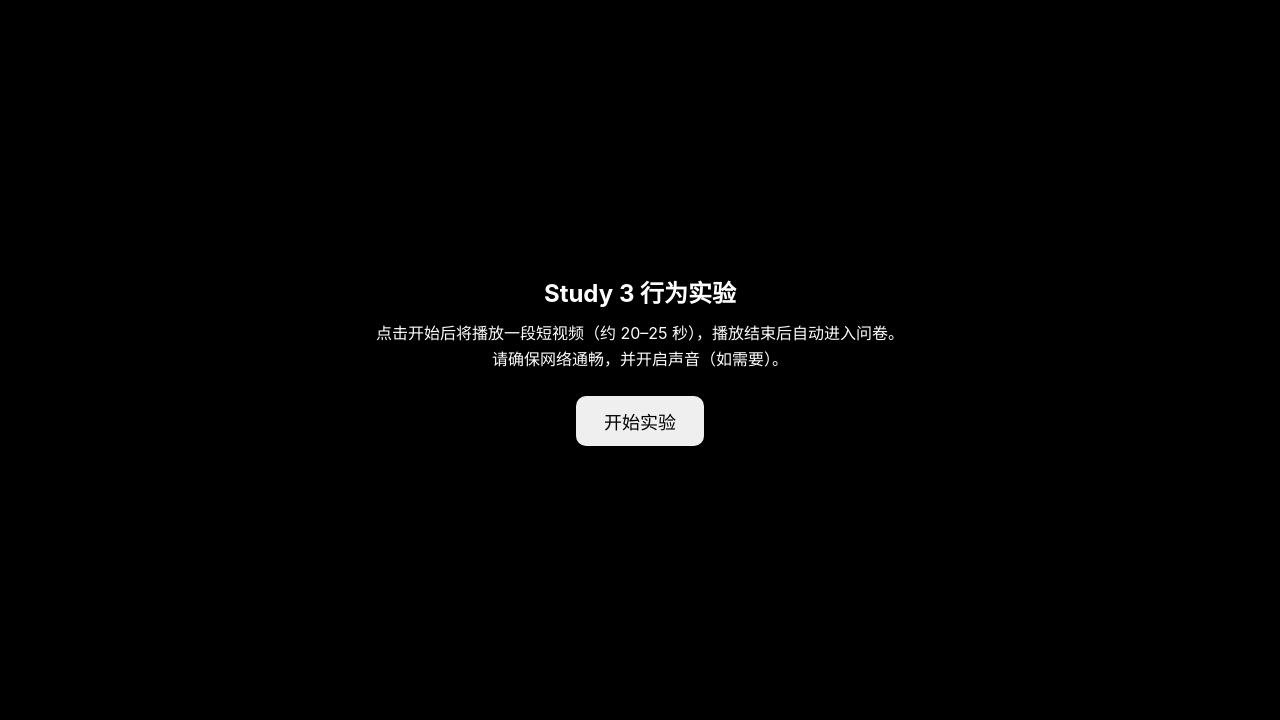
Repository: eshubmy-blip/study3-demo
Page: /
These files come from the project's save history. The page is drawn as it stood at one moment and after the next save; the edit follows.
The browser window is 1280 px wide. The pictures show the whole page.
The project was rebuilt for these pictures with package versions that can differ from the ones it lists, and the page was loaded fresh each time. Also part of the build but not shown: vite.config.js, src/utils/videos.js, src/components/VideoExperiment.css, src/components/VideoExperiment.jsx, src/components/Questionnaire.css, src/utils/supabase.js, src/utils/insertStudy3Row.js, src/components/Questionnaire.jsx.

Above is the page before, as saved 2025-12-13 22:37:37.

### index.html
<!DOCTYPE html>
<html lang="zh-CN">
  <head>
    <meta charset="UTF-8" />
    <meta name="viewport" content="width=device-width, initial-scale=1.0, maximum-scale=1.0, user-scalable=no" />
    <meta name="apple-mobile-web-app-capable" content="yes" />
    <meta name="apple-mobile-web-app-status-bar-style" content="black-translucent" />
    <title>Study 3 行为实验</title>
  </head>
  <body>
    <div id="root"></div>
    <script type="module" src="/src/main.jsx"></script>
  </body>
</html>

### src/App.jsx
import { useState, useEffect } from 'react'
import StartPage from './components/StartPage'
import VideoExperiment from './components/VideoExperiment'
import Questionnaire from './components/Questionnaire'
import { generateUserId } from './utils/uuid'
import './App.css'

function App() {
  const [currentStep, setCurrentStep] = useState('start') // 'start' | 'video' | 'questionnaire'
  const [userId, setUserId] = useState(null)
  const [behaviorData, setBehaviorData] = useState(null)

  useEffect(() => {
    const id = generateUserId()
    setUserId(id)
    console.log('用户ID已生成:', id)
  }, [])

  const handleStart = () => {
    // 这一次点击 = 用户交互
    // 立即创建一个临时视频元素来解锁音频播放权限
    const tempVideo = document.createElement('video')
    tempVideo.muted = false
    tempVideo.volume = 1.0
    // 尝试播放一个空视频来解锁权限
    tempVideo.play().then(() => {
      tempVideo.pause()
      tempVideo.remove()
    }).catch(() => {
      tempVideo.remove()
    })

    setCurrentStep('video')
  }

  const handleVideoComplete = (data) => {
    console.log('行为数据已记录:', data)
    setBehaviorData(data)
    setCurrentStep('questionnaire')
  }

  if (!userId) {
    return (
      <div className="app-loading">
        <div className="loading-spinner">初始化中...</div>
      </div>
    )
  }

  return (
    <div className="app-container">
      {currentStep === 'start' && (
        <StartPage onStart={handleStart} />
      )}

      {currentStep === 'video' && (
        <VideoExperiment onComplete={handleVideoComplete} />
      )}

      {currentStep === 'questionnaire' && behaviorData && (
        <Questionnaire behaviorData={behaviorData} userId={userId} />
      )}
    </div>
  )
}

export default App

### src/index.css
* {
  margin: 0;
  padding: 0;
  box-sizing: border-box;
}

body {
  font-family: -apple-system, BlinkMacSystemFont, 'Segoe UI', 'Roboto', 'Oxygen',
    'Ubuntu', 'Cantarell', 'Fira Sans', 'Droid Sans', 'Helvetica Neue',
    sans-serif;
  -webkit-font-smoothing: antialiased;
  -moz-osx-font-smoothing: grayscale;
  background-color: #000;
  color: #fff;
  overflow: hidden;
  user-select: none;
  -webkit-user-select: none;
  -webkit-tap-highlight-color: transparent;
}

#root {
  width: 100vw;
  height: 100vh;
  overflow: hidden;
}

/* 移动端优化 */
@media (max-width: 768px) {
  body {
    font-size: 16px;
  }
}

### src/components/StartPage.jsx
// src/components/StartPage.jsx
export default function StartPage({ onStart }) {
    return (
      <div
        style={{
          height: "100vh",
          display: "flex",
          flexDirection: "column",
          alignItems: "center",
          justifyContent: "center",
          padding: 24,
          textAlign: "center",
        }}
      >
        <h2 style={{ marginBottom: 12 }}>Study 3 行为实验</h2>
        <p style={{ marginBottom: 24, lineHeight: 1.6 }}>
          点击开始后将播放一段短视频（约 20–25 秒），播放结束后自动进入问卷。
          <br />
          请确保网络通畅，并开启声音（如需要）。
        </p>

        <button
          onClick={onStart}
          style={{
            fontSize: 18,
            padding: "12px 28px",
            borderRadius: 10,
            border: "none",
            cursor: "pointer",
          }}
        >
          开始实验
        </button>
      </div>
    );
  }

### src/utils/uuid.js
/**
 * 生成唯一用户ID（UUID v4简化版）
 */
export function generateUserId() {
  // 检查localStorage是否已有user_id
  const existingId = localStorage.getItem('study3_user_id');
  if (existingId) {
    return existingId;
  }

  // 生成新的UUID
  const uuid = 'xxxxxxxx-xxxx-4xxx-yxxx-xxxxxxxxxxxx'.replace(/[xy]/g, function(c) {
    const r = Math.random() * 16 | 0;
    const v = c === 'x' ? r : (r & 0x3 | 0x8);
    return v.toString(16);
  });

  // 保存到localStorage
  localStorage.setItem('study3_user_id', uuid);
  return uuid;
}

### src/App.css
.app-container {
  width: 100vw;
  height: 100vh;
  overflow: hidden;
  position: relative;
}

.app-loading {
  width: 100vw;
  height: 100vh;
  display: flex;
  justify-content: center;
  align-items: center;
  background-color: #000;
  color: #fff;
  font-size: 18px;
}

.loading-spinner {
  animation: pulse 1.5s ease-in-out infinite;
}

@keyframes pulse {
  0%, 100% {
    opacity: 1;
  }
  50% {
    opacity: 0.5;
  }
}

Loaded but not shown: src/main.jsx (common file)

After the next save:
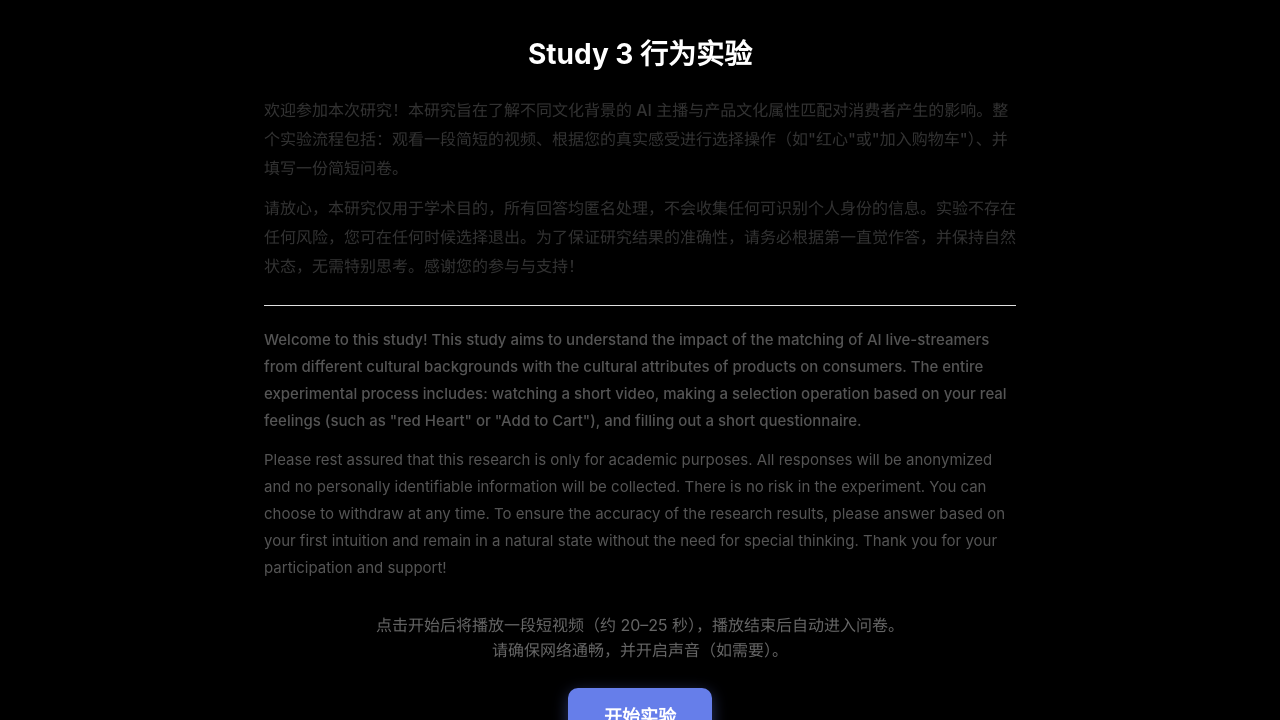
Saved 14 min 0 s later.
--- a/src/components/StartPage.jsx
+++ b/src/components/StartPage.jsx
@@ -3,17 +3,59 @@ export default function StartPage({ onStart }) {
     return (
       <div
         style={{
-          height: "100vh",
+          minHeight: "100vh",
           display: "flex",
           flexDirection: "column",
           alignItems: "center",
-          justifyContent: "center",
-          padding: 24,
+          justifyContent: "flex-start",
+          padding: "32px 24px",
           textAlign: "center",
+          overflowY: "auto",
+          maxWidth: "800px",
+          margin: "0 auto",
         }}
       >
-        <h2 style={{ marginBottom: 12 }}>Study 3 行为实验</h2>
-        <p style={{ marginBottom: 24, lineHeight: 1.6 }}>
+        <h2 style={{ marginBottom: 24, fontSize: "28px", fontWeight: "700" }}>Study 3 行为实验</h2>
+
+        <div
+          style={{
+            marginBottom: 32,
+            textAlign: "left",
+            lineHeight: 1.8,
+            color: "#333",
+          }}
+        >
+          <div style={{ marginBottom: 20, fontSize: "16px" }}>
+            <p style={{ marginBottom: 12, fontWeight: "500" }}>
+              欢迎参加本次研究！本研究旨在了解不同文化背景的 AI 主播与产品文化属性匹配对消费者产生的影响。整个实验流程包括：观看一段简短的视频、根据您的真实感受进行选择操作（如"红心"或"加入购物车"）、并填写一份简短问卷。
+            </p>
+            <p style={{ marginBottom: 12 }}>
+              请放心，本研究仅用于学术目的，所有回答均匿名处理，不会收集任何可识别个人身份的信息。实验不存在任何风险，您可在任何时候选择退出。为了保证研究结果的准确性，请务必根据第一直觉作答，并保持自然状态，无需特别思考。感谢您的参与与支持！
+            </p>
+          </div>
+
+          <div style={{
+            marginTop: 24,
+            paddingTop: 20,
+            borderTop: "1px solid #e0e0e0",
+            fontSize: "15px",
+            color: "#555"
+          }}>
+            <p style={{ marginBottom: 12, fontWeight: "500" }}>
+              Welcome to this study! This study aims to understand the impact of the matching of AI live-streamers from different cultural backgrounds with the cultural attributes of products on consumers. The entire experimental process includes: watching a short video, making a selection operation based on your real feelings (such as "red Heart" or "Add to Cart"), and filling out a short questionnaire.
+            </p>
+            <p style={{ marginBottom: 0 }}>
+              Please rest assured that this research is only for academic purposes. All responses will be anonymized and no personally identifiable information will be collected. There is no risk in the experiment. You can choose to withdraw at any time. To ensure the accuracy of the research results, please answer based on your first intuition and remain in a natural state without the need for special thinking. Thank you for your participation and support!
+            </p>
+          </div>
+        </div>
+
+        <p style={{
+          marginBottom: 24,
+          lineHeight: 1.6,
+          fontSize: "16px",
+          color: "#666"
+        }}>
           点击开始后将播放一段短视频（约 20–25 秒），播放结束后自动进入问卷。
           <br />
           请确保网络通畅，并开启声音（如需要）。
@@ -23,10 +65,23 @@ export default function StartPage({ onStart }) {
           onClick={onStart}
           style={{
             fontSize: 18,
-            padding: "12px 28px",
+            padding: "14px 36px",
             borderRadius: 10,
             border: "none",
             cursor: "pointer",
+            backgroundColor: "#667eea",
+            color: "#fff",
+            fontWeight: "600",
+            boxShadow: "0 4px 15px rgba(102, 126, 234, 0.4)",
+            transition: "all 0.3s ease",
+          }}
+          onMouseEnter={(e) => {
+            e.target.style.transform = "translateY(-2px)";
+            e.target.style.boxShadow = "0 6px 20px rgba(102, 126, 234, 0.6)";
+          }}
+          onMouseLeave={(e) => {
+            e.target.style.transform = "translateY(0)";
+            e.target.style.boxShadow = "0 4px 15px rgba(102, 126, 234, 0.4)";
           }}
         >
           开始实验
